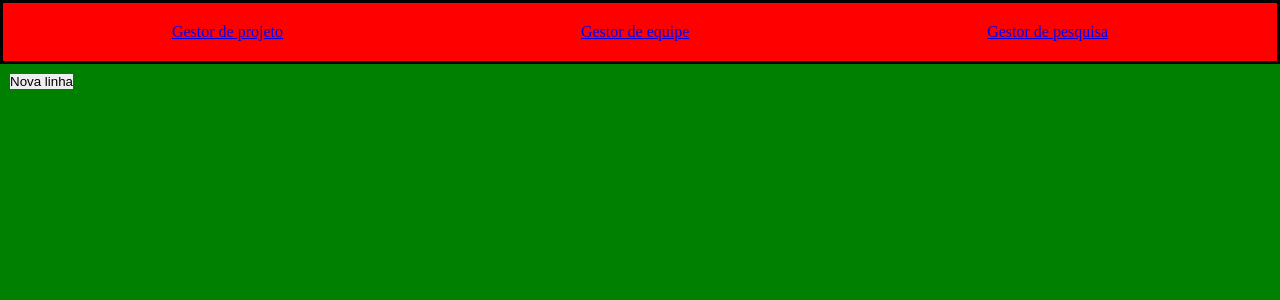
Repository: shadowruge/kanban
Page: index.html
The author's editor kept a copy of each file at every save. The page is drawn from the files as they stood at one save, then again after a run of saves.
The browser window is 1280 px wide. The pictures show the whole page.

Above is the page before, as saved 2021-06-12 18:46:41.

After the next 2 saves:
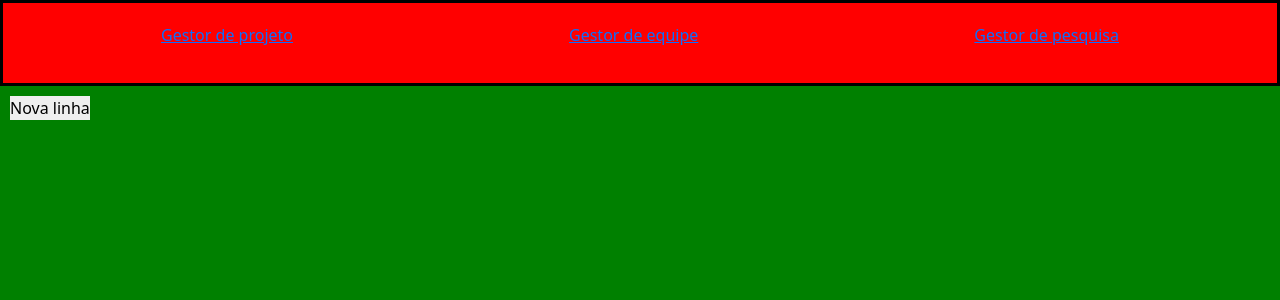
The 2 saves are shown as one change because they came seconds apart.
The last was saved 81 s later.
--- a/index.html
+++ b/index.html
@@ -5,6 +5,8 @@
     <meta http-equiv="X-UA-Compatible" content="IE=edge" />
     <meta name="viewport" content="width=device-width, initial-scale=1.0" />
     <title id="Description">Shadow Kanban</title>
+    <link href="https://cdn.jsdelivr.net/npm/bootstrap@5.0.1/dist/css/bootstrap.min.css" rel="stylesheet" integrity="sha384-+0n0xVW2eSR5OomGNYDnhzAbDsOXxcvSN1TPprVMTNDbiYZCxYbOOl7+AMvyTG2x" crossorigin="anonymous">
+
     <link rel="stylesheet" href="style.css" />
     <script src="index.js"></script>
   </head>
